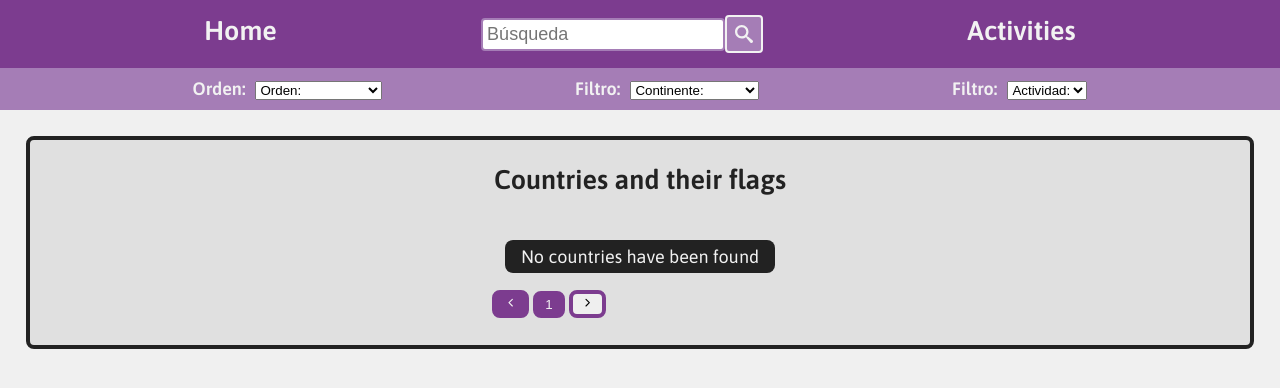
Repository: PCGP22/PI-Countries
Page: /countries/countries (app in cr-pi-countries-main/client/)
These files come from the project's save history. The page is drawn as it stood at one moment and after the next save; the edit follows.
The browser window is 1280 px wide. The pictures show the whole page.
The page's requests for data from a server got no answer. The project was rebuilt for these pictures with package versions that can differ from the ones it lists, and the page was loaded fresh each time. No one was signed in, and anything a server would have sent is missing. Also part of the build but not shown: cr-pi-countries-main/client/vite.config.js, cr-pi-countries-main/client/src/styles/LandingPage.modules.css, cr-pi-countries-main/client/src/components/LandingPage.jsx, cr-pi-countries-main/client/src/styles/Detail.modules.css, cr-pi-countries-main/client/src/components/Detail.jsx, cr-pi-countries-main/client/src/components/ActividadesPage.css, cr-pi-countries-main/client/src/components/ActivityPage.jsx.

Above is the page before, as saved 2023-08-07 22:21:58.

### cr-pi-countries-main/client/src/main.jsx
import React from 'react'
import ReactDOM from 'react-dom/client'
import App from './App.jsx'
import { BrowserRouter } from 'react-router-dom'
import { Provider } from 'react-redux'
import store from './redux/store.js'

ReactDOM.createRoot(document.getElementById('root')).render(
  <Provider store={store}>
    <BrowserRouter>
      <App />
    </BrowserRouter>
  </Provider>
)

### cr-pi-countries-main/client/src/App.jsx
import {Routes, Route, useNavigate } from "react-router-dom"
import LandingPage from "./components/LandingPage"
import WithNavBar from "./components/WithNavBar"
import Detail from "./components/Detail.jsx"
import ActivityPage from "./components/ActivityPage"
import HomePage from "./components/HomePage.jsx"
import { useEffect } from "react"
import "./styles/App.modules.css"

function App() {

  // const navigate = useNavigate()

  // useEffect(() => {
  //   navigate("/countries/")
  // }, [])



  return (
    <Routes>
      <Route path="/countries/" element={<LandingPage navBar={false}/>}/>
      <Route element={<WithNavBar/>}>
        <Route path="/countries/countries/" element={<HomePage/>}/>
        <Route path="/countries/countries/search" element={<HomePage/>}/>
        <Route path="/countries/countries/:idCountry" element={<Detail/>}/>
        <Route path="/countries/activities" element={<ActivityPage/>}/>
      </Route>
    </Routes>
  )
}

export default App

### cr-pi-countries-main/client/src/redux/store.js
import { createStore, applyMiddleware } from "redux";
import thunkMiddleware from 'redux-thunk'
import { composeWithDevTools } from 'redux-devtools-extension'
import { reducer } from "./reducer.js"

const composedEnhancer = composeWithDevTools(applyMiddleware(thunkMiddleware))

const store = createStore(reducer, composedEnhancer);
export default store;

### cr-pi-countries-main/client/src/components/WithNavBar.jsx
import { Outlet   } from 'react-router-dom'
import NavBar from './NavBar.jsx'

function WithNavBar() {

  return (
    <>
      <NavBar/>
      <Outlet/>
    </>
  )
}

export default WithNavBar

### cr-pi-countries-main/client/src/components/HomePage.jsx
import { useState, useEffect } from 'react'
import { addCountries, addActivities } from '../redux/actions'
import { connect } from "react-redux"
import { Link } from 'react-router-dom';
import Filter from './Filter.jsx'
import { FiChevronRight, FiChevronLeft } from "react-icons/fi";
import "../styles/HomePage.modules.css"

const sliceData = (data,page,maxPageData) => {
    return data.slice((page-1)*maxPageData,page*maxPageData)
}
const slicePage = (data,currentPage,maxPages) => {
  if(currentPage === 1){
    return data.slice(currentPage,currentPage+maxPages+2)
  }
  if(currentPage === 2){
    return data.slice(currentPage-1,currentPage+maxPages+1)
  }
  else if(currentPage <= 3){
    return data.slice(currentPage-2,currentPage+maxPages)
  }
    return data.slice(currentPage-3,currentPage+maxPages)


}

function HomePage(props) {
  const [reloadAux, setReloadAux] = useState(true)
  const [currentPage, setCurrentPage] = useState(1)

  useEffect(() => {
    props.addCountries()
    props.addActivities()
  }, [])

  const aux = () => {
    setReloadAux(!reloadAux)
    setCurrentPage(1)
  }
  let countries = props.countriesFiltered
  let max = Math.ceil(countries.length/10)
  let pages = []
  let x = 0

  while(x<max){
    x++
    pages.push(x)
  }

  let data = sliceData(countries,currentPage,10)
  let currentPages = slicePage(pages,currentPage,2)

  const handlePrevious = () => {
    if(currentPage>1){
      setCurrentPage(currentPage-1)
    }
  }
  const handleNext = () => {
    if(currentPage<max){
      setCurrentPage(currentPage+1)
    }
  }

  const handlePageChange = (e) => {
    setCurrentPage(Number(e.target.innerHTML))
  }

  return (
    <>
      <Filter aux={aux}/>
      {reloadAux? "":""}

      <main className='homePage__container'>
        <section className='homePage__board'>
          <h1 className='homePage__title big-text no-space'>Countries and their flags</h1>
          <div className='homePage__countries'>
            { data.map(c=>{
              return(
                <Link key={c.id} to={`/countries/countries/${c.id}`}  className='homePage__card'>
                  <figure key={c.id}>
                    <img src={c.image} className='homePage__cardImg'/>
                    <figcaption className='homePage__cardText'>{c.name}</figcaption>
                  </figure>
                </Link>
              )
            })}
          </div>
          <div className='homePage__navButtons no-space'>
            {data.length === 0 && <p className='homePage__errorMsg'>No countries have been found</p>}
            <button onClick={handlePrevious} className={currentPage === 1 ? "pagination__current--button pagButton" :'pagButton'}><FiChevronLeft className="symbolSearch"/></button>
            {currentPage && <button onClick={()=>setCurrentPage(1)} className={currentPage === 1 ? 'pagination__current--button pagButton' :'pagButton'}>1</button>}
            {(currentPage >4 && pages.length>13) && <span>...</span>}
            {currentPages.filter(p=>p>0 && p<=max).map(p=>{
              return(
                <button onClick={handlePageChange} className={currentPage === p ? "pagination__current--button pagButton": "pagButton"} key={p}>{p}</button>
                )
              }
              )}
            {(currentPage + 4) < max && <>
              <span>...</span>
              <button onClick={()=>setCurrentPage(max)} className='pagButton'>{max}</button>
              </>
            }
            <button onClick={handleNext} className={currentPage === max ? "pagination__current--button pagButton":'pagButton'}><FiChevronRight className="symbolSearch"/></button>
          </div>
        </section>
      </main>
    </>
  )
}

const mapStateToProps = (state) => {
  return {
    countriesFiltered: state.countriesFiltered,
  }
}

const mapDispatchToProps = (dispatch) => {
  return{
    addCountries: ()=>{dispatch(addCountries())},
    addActivities: ()=>{dispatch(addActivities())},
  }
}

export default connect(mapStateToProps,mapDispatchToProps)(HomePage)

### cr-pi-countries-main/client/src/styles/App.modules.css
@import url('https://fonts.googleapis.com/css2?family=Asap:wght@400;600;800&display=swap');

:root{
    --black: #222;
    --dark-purple: #7c3c8f;
    --purple: #a57db6;
    --dark-grey: #e0e0e0;
    --white: #f2f2f2;
    --light-grey: #f0f0f0;

    font-family: 'Asap', sans-serif;
    font-size: 18px;
    color: var(--black);
    background-color: var(--light-grey);


}
a{
    text-decoration: none;
    font-family: inherit;
    color: inherit;
    text-align: center;
}

a.button{
    color: var(--black);
    background-color: var(--light-grey);
    display: inline-block;
    width: fit-content;
}

body{
    padding:0;
    margin: 0;
}

.title-text{
    font-weight: 800;
    font-size: 4em;
}

.big-text{
    font-weight: 600;
    font-size: 1.5em;
}

.normal-text{
    font-weight: 400;
}

.white-text{
    color: var(--white);
}
.button{
    background-color: var(--light-grey);
}

.dark-purple{
    background: var(--dark-purple);
}

.purple{
    background: var(--purple);
}

.soft-grey{
    background-color: var(--light-grey);
}

.dark-grey{
    background-color: var(--dark-grey);
}

.no-space{
    margin: 0;
    padding: 0;
}

### cr-pi-countries-main/client/src/redux/reducer.js
import { ADD_COUNTRIES, ID_SEARCH, NAME_SEARCH, FILTER, ACTIVITY_CREATE, ORDER, ADD_ACTIVITIES } from "./actions.js"

const initialState = {
    allCountries: [],
    countriesFiltered: [],
    allActivities: [],
    currentCountry: [],
}

export const reducer = (state=initialState,action) =>{
    switch(action.type){
        case ADD_COUNTRIES:
            return{
                ...state,
                allCountries: action.payload,
                countriesFiltered: action.payload,
            }
        case ADD_ACTIVITIES:
            return{
                ...state,
                allActivities: action.payload
            }
        case ID_SEARCH:
            return{
                ...state,
                currentCountry: action.payload
            }
        case NAME_SEARCH:
            if(action.payload === "error"){return{...state,countriesFiltered:[]}}
            return{
                ...state,
                countriesFiltered: state.allCountries.filter(c=> action.payload.find(f=>f.name === c.name))
            }
        case FILTER:
            if(action.payload[1] === "all"){
                return{
                    ...state,
                    countriesFiltered: state.allCountries
                }
            }
            if(action.payload[0] === "continents"){
                return{
                    ...state,
                    countriesFiltered: state.allCountries.filter(c=>c.continent === action.payload[1]),
                }
            }
            else if( action.payload[0] === "activities"){
                console.log(action.payload)
                let temp = state.allActivities.filter(a=>a.name === action.payload[1])
                let toSearch = temp[0].countryId
                return{
                    ...state,
                    countriesFiltered: state.allCountries.filter(c => toSearch.includes(c.id) ),
                }
            }
        case ORDER:
            console.log(action.payload)
            if(action.payload[0]==="alphabet"){
                if(action.payload[1]==="A"){
                    console.log(state.countriesFiltered)
                    return{
                        ...state,
                        countriesFiltered: state.countriesFiltered.sort((a, b) => {
                            if (a.name < b.name) {
                              return -1;
                            }
                            if (a.name > b.name) {
                              return 1;
                            }
                            return 0;
                          })

                    }
                }
                else if(action.payload[1]==="D"){
                    return{
                        ...state,
                        countriesFiltered: state.countriesFiltered.sort((a, b) => {
                            if (a.name > b.name) {
                              return -1;
                            }
                            if (a.name < b.name) {
                              return 1;
                            }
                            return 0;
                          })
                    }
                }
            }
            else if(action.payload[0]==="population"){
                if(action.payload[1]==="A"){
                    return{
                        ...state,
                        countriesFiltered: state.countriesFiltered.sort((a,b)=> {
                            if (a.population < b.population) {
                              return -1;
                            }
                            if (a.population > b.population) {
                              return 1;
                            }
                            return 0;
                          })
                    }
                }
                else if(action.payload[1]==="D"){
                    return{
                        ...state,
                        countriesFiltered: state.countriesFiltered.sort((a, b) => {
                            if (a.population > b.population) {
                              return -1;
                            }
                            if (a.population < b.population) {
                              return 1;
                            }
                            return 0;
                          })
                    }
                }
            }
        case ACTIVITY_CREATE:
            return{
                ...state,
            }

        default: return state;
    }
}

### cr-pi-countries-main/client/src/components/NavBar.jsx
import { Link } from 'react-router-dom'
import SearchBar from './SearchBar'
import { useLocation } from 'react-router-dom'
import "../styles/NavBar.modules.css"

function NavBar() {

  const location = useLocation();
  return (
      <div className='navBar__Container dark-purple white-text'>
        <Link to="/countries/countries/" className={location.pathname.toString() === "/countries/countries/"? 'navBar__link link_active big-text': 'navBar__link big-text'}>Home</Link>
        <SearchBar/>
        <Link to="/countries/activities/" className={location.pathname.toString() === "/countries/activities/"? 'navBar__link link_active big-text': 'navBar__link big-text'}>Activities</Link>
      </div>
  )
}

export default NavBar

### cr-pi-countries-main/client/src/redux/actions.js
export const ADD_COUNTRIES = "ADD_COUNTRIES"
export const ID_SEARCH = "ID_SEARCH"
export const NAME_SEARCH = "NAME_SEARCH"
export const FILTER = "FILTER"
export const ORDER = "ORDER"
export const ACTIVITY_CREATE = "ACTIVITY_CREATE"
export const ADD_ACTIVITIES = "ADD_ACTIVITIES"
import axios from "axios"

export const addCountries = () => {
    const endpoint = 'http://localhost:5000/countries/'
    return async (dispatch) => {
        try{
            const {data} = await axios.get(endpoint);
            return dispatch({
                type: ADD_COUNTRIES,
                payload: data
            })
        }
        catch(error){
            console.log(error.message)
        }
}}

export const addActivities = () => {
    const endpoint = 'http://localhost:5000/countries/activities'
    return async (dispatch) =>{
        try{
            const {data} = await axios.get(endpoint);
            return dispatch({
                type: ADD_ACTIVITIES,
                payload: data
            })
        }
        catch(error){
            console.log(error.message)
        }
    }
}

export const idSearch = (idCountry) => {
    const endpoint = `http://localhost:5000/countries/countries/${idCountry}`
    return async (dispatch) => {
    try{
        const {data} = await axios(endpoint)
        if(typeof data === "error"){console.log("error")}
        return dispatch({
            type: ID_SEARCH,
            payload: data[0]
        })
    }
    catch(error){
        console.log(error)
    }
}
}

export const nameSearch = (name) => {
    const endpoint = `http://localhost:5000/countries/countries/search?name=${name}`
    return async (dispatch) => {
        try{
            const {data} = await axios(endpoint)
            return dispatch({
                type: NAME_SEARCH,
                payload: data
            })
        }
        catch(error){
            console.log(error.message)
            return dispatch({
                type: NAME_SEARCH,
                payload: "error"
            })
        }
    }
}

export const filter = (filterdata) => {return {
    type: FILTER,
    payload: filterdata
}}

export const order = (orderdata) => {return{
    type: ORDER,
    payload: orderdata
}}

export const activityCreate = (activity) => {
    const endpoint = 'http://localhost:5000/countries/activities/'
    return async (dispatch) => {
        try{
            const {data} = await axios.post(endpoint,activity);
            return dispatch({
                type: ACTIVITY_CREATE,
                payload: data
            })
        }
        catch(error){
            console.log(error.message)
        }
    }
}

### cr-pi-countries-main/client/src/styles/ActivityPage.modules.css
.activityPage__container{
    padding:2%;
    display:grid;
    gap:15px;
    grid-template-areas: "aside main main";
}
.activityPage__aside{
    grid-area: aside;
    display: flex;
    flex-direction: column;
    align-items: center;
    flex-wrap: wrap;
}

.activityPage__form{
    border: 6px var(--black) solid;
    border-radius: 16px;
    background-color: var(--dark-grey);
    padding: 2%;
}

.activityPage__countryBox{
    border: 4px var(--black) solid;
    border-radius: 8px;
    padding:8px;
    display:flex;
    flex-wrap: wrap;
    flex-direction: column;
    gap: 6px;
    margin-top: 6px;
}
.activityPage__countryList{
    display: flex;
    justify-content: space-between;
}

.activityPage__formSection{
    border:none;
    padding-left:0;
}
.activityPage__numInput{
    width: 200px;
}

.activityPage__closeButton{
    border: 2px var(--black) solid;
    background-color: red;
    color:var(--white);
    padding: 2px 6px;
    border-radius: 6px;
    display: grid;
    place-content: center;
}

.activityPage__formButtons{
    display: flex;
    justify-content: space-evenly;
}

.activityPage__button{
    padding:4px 12px;
    border: 2px var(--black) solid;
    border-radius: 8px;
    font-size: 1em;
}
.activityPage__button{
    cursor:pointer;
}

.submitButton{
    background-color: var(--purple);
}
.submitButton:hover{
    background-color: var(--dark-purple);
    color:var(--white);
}
.submitButton:active{
    background-color: var(--black);
}

.activityPage__main{
    grid-area: main;
    width: 100%;
    display: flex;
    flex-direction: column;
    align-items: center;
}

.activityBox{
    border: 4px var(--black) solid;
    border-radius: 8px;
    background-color: white;
    overflow: hidden;
    padding: 8px;
}

.activityContainer{
    width: 100%;
    display: grid;
    grid-template-columns: repeat(auto-fill, minmax(200px,1fr));
    gap:10px;
}

@media(max-width: 41em){
    select > option, select{
        width: 250px;
    }
    .activityPage__container{
        font-size: 0.8em;
        grid-template-areas: "aside" "main";
    }
}

### cr-pi-countries-main/client/src/components/Filter.jsx
import React, { useState } from 'react'
import { connect } from "react-redux"
import { filter, order } from '../redux/actions'
import "../styles/Filter.modules.css"

function Filter(props) {
    const activities = props.allActivities
    const handleOrder = (e) => {
        const [category,filter] = e.target.value.split(",")
        if(typeof filter === "string"){
            props.aux()
            props.order([category,filter])
        }
    }
    const handleFilterContinents = (e) => {
        if(e.target.value !== "ignore"){
            props.aux()
            props.filter(["continents",e.target.value])
        }
    }

    const handleFilterActivities = (e) => {
        if(e.target.value !== "ignore"){
            props.aux()
            props.filter(["activities",e.target.value])
        }
    }
  return (
    <section className='filters__container purple white-text'>
        <div className="filters__group">
            <label htmlFor='orden' className='label'>Orden:</label>
            <select onChange={handleOrder} name='orden'>
                <option defaultValue={true}>Orden:</option>
                <optgroup label='Alfabético'>
                    <option value={["alphabet","A"]}>{"A - Z"}</option>
                    <option value={["alphabet","D"]}>{"Z - A"}</option>
                </optgroup>
                <optgroup label='Población'>
                    <option value={["population","D"]}>Mayor a Menor</option>
                    <option value={["population","A"]}>Menor a Mayor</option>
                </optgroup>
            </select>
        </div>
        <div className="filters__group">
            <label htmlFor='filterContinent' className='label'>Filtro:</label>
            <select onChange={handleFilterContinents} name='filterContinent'>
                <option defaultValue={true} value="ignore">Continente:</option>
                <option value={"all"}>Todos</option>
                <option value="Africa">África</option>
                <option value="North America">América del Norte</option>
                <option value="South America">América del Sur</option>
                <option value="Antarctica">Antártida</option>
                <option value="Asia">Asia</option>
                <option value="Europe">Europa</option>
                <option value="Oceania">Oceanía</option>
            </select>
        </div>
        <div className="filters__group">
            <label htmlFor='filterActivity' className='label'>Filtro:</label>
            <select onChange={handleFilterActivities} name='filterActivity'>
                <option defaultValue={true} value= "ignore">Actividad:</option>
                <option value={"all"}>Todos</option>
                {activities && activities.map(a => {
                    return(
                        <option key={a.id} value={a.name}>
                            {a.name}
                        </option>
                    )
                })}
            </select>
        </div>
    </section>
  )
}
const mapDispatchToProps = (dispatch) => {
    return{
      filter: (filterCategory)=>{dispatch(filter(filterCategory))},
      order: (orderCategorry)=>{dispatch(order(orderCategorry))}
    }
  }

const mapStateToProps = (state) => {
    return{
        allActivities: state.allActivities
    }
}

export default connect(mapStateToProps,mapDispatchToProps)(Filter)

### cr-pi-countries-main/client/src/styles/HomePage.modules.css
.homePage__container{
    padding: 2%;
}

.homePage__board{
    background: var(--dark-grey);
    border: 4px var(--black) solid;
    border-radius: 8px;
    display: flex;
    flex-direction: column;
    align-items: center;
    gap:15px;
    padding: 2%;
}

.homePage__countries{
    width: 100%;
    display:grid;
    grid-template-columns: repeat(auto-fill, minmax(200px,1fr));
    gap:10px;
}

.homePage__card{
    background-color: var(--white);
    border-radius: 10px;
}
.homePage__card:hover{
    background-color: var(--purple)
}

.homePage__cardImg{
    width: 100%;
}

.homePage__cardText{
    font-family: inherit;
    font-weight: 600;
}

.homePage__errorMsg{
    background-color:var(--black);
    color: var(--white);
    padding: 6px 16px;
    border-radius: 8px;
    margin: 15px;
}

.pagButton{
    padding: 2px 8px;
    border: 4px var(--dark-purple) solid;
    margin: 2px;
    border-radius: 8px;
    cursor: pointer;
}

.pagButton:not(.pagination__current--button):hover{
    background-color: var(--purple);
    color:var(--white);
}

.pagination__current--button, .pagButton:active{
    cursor: initial;
    background-color: var(--dark-purple);
    color:var(--white);
}

@media (max-width: 32em){
    .pagButton{
        padding:1px 5px;
    }
}

### cr-pi-countries-main/client/src/components/SearchBar.jsx
import React, { useEffect, useState } from 'react'
import { connect } from 'react-redux'
import { ImSearch } from "react-icons/im";
import { nameSearch } from '../redux/actions';
import { Link } from 'react-router-dom';
import "../styles/SearchBar.modules.css"


function SearchBar(props) {

  const [name, setName] = useState()

  const handleChange = (e) => {
    setName(e.target.value)
  }

  let aux = ""
  const handleClick = async() => {
     aux = await props.nameSearch(name.toString().trim())
     setName("")
  }

  const handleKeyDown = async(e) => {
    if(e.keyCode === 13) { //Detect enter
      aux = await props.nameSearch(name.toString().trim())
      setName("")
    }
  }

  return (
    <div className='searchBar__container normal-text'>
        <input type='text' placeholder='Búsqueda' onChange={handleChange} onKeyDown={handleKeyDown} className='searchBar__input' value={name}/>
        <Link to={`/countries/countries/search?name=${name}`} className='searchBar__button'>
          <ImSearch onClick={handleClick}/>
        </Link>
    </div>
  )
}

const mapDispatchToProps = (dispatch) => {
  return{
    nameSearch: (name) => {dispatch(nameSearch(name))}
  }
}

export default connect(null,mapDispatchToProps)(SearchBar)

### cr-pi-countries-main/client/src/styles/NavBar.modules.css
.navBar__Container{
    padding: 15px 0;
    display: flex;
    justify-content: space-evenly;
}

.link_active{
    text-decoration: underline;
    text-decoration-thickness: 4px;
    text-underline-offset: 8px;
}

@media(max-width: 33em) {
    .navBar__Container>a{
        font-size: 1.2em;
    }
}

### cr-pi-countries-main/client/src/styles/Filter.modules.css
.filters__container{
    padding: 10px 0;
    display: flex;
    justify-content: space-evenly;
    flex-wrap: wrap;
    font-weight: 600;
}

.label{
    padding-right: 10px;
}
select:hover{
    background-color: var(--purple);
    color: var(--white);
}

@media (max-width:25em){
    .label{
        display: none;
    }
}

### cr-pi-countries-main/client/src/styles/SearchBar.modules.css
.searchBar__container{
    display: flex;
    align-items: center;
}

.searchBar__input{
    font-size: 1em;
    border:2px var(--purple) solid;
    border-radius: 4px;
    padding: 4px;
}

.searchBar__button{
    background-color: var(--purple);
    font-size: 1em;
    display: grid;
    place-items: center;
    padding: 8px;
    border-radius: 4px;
    border: 2px var(--white) solid;
}

.searchBar__button:hover{
    background-color:var(--dark-purple);
}

.searchBar__button:active{
    background-color:var(--black);
}

@media(max-width: 33em) {
    .searchBar__input{
        width: 100px;
    }
}

Loaded but not shown: cr-pi-countries-main/client/index.html (common file)

After the next save:
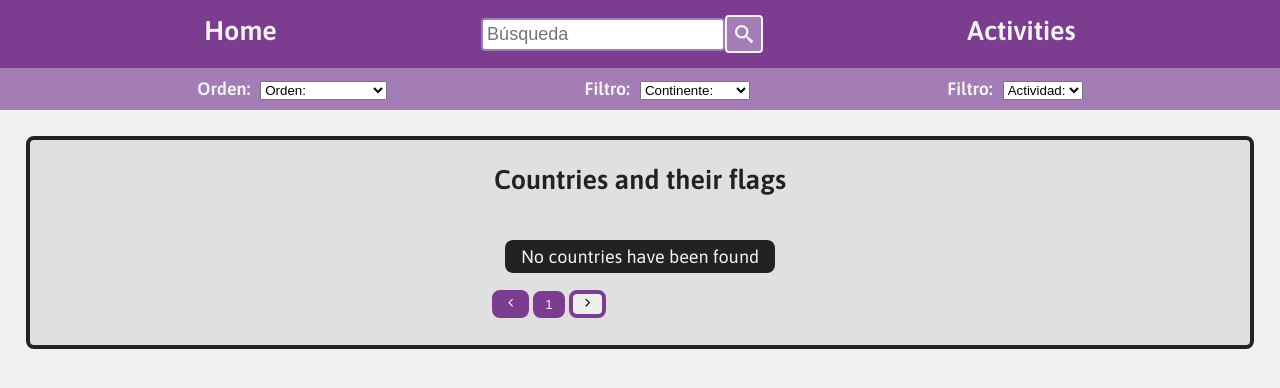
Saved 2 min 14 s later.
--- a/cr-pi-countries-main/client/src/components/Filter.jsx
+++ b/cr-pi-countries-main/client/src/components/Filter.jsx
@@ -45,21 +45,21 @@ function Filter(props) {
             <label htmlFor='filterContinent' className='label'>Filtro:</label>
             <select onChange={handleFilterContinents} name='filterContinent'>
                 <option defaultValue={true} value="ignore">Continente:</option>
-                <option value={"all"}>Todos</option>
-                <option value="Africa">África</option>
-                <option value="North America">América del Norte</option>
-                <option value="South America">América del Sur</option>
-                <option value="Antarctica">Antártida</option>
+                <option value={"all"}>All</option>
+                <option value="Africa">Africa</option>
+                <option value="North America">North America</option>
+                <option value="South America">South America</option>
+                <option value="Antarctica">Antarctica</option>
                 <option value="Asia">Asia</option>
-                <option value="Europe">Europa</option>
-                <option value="Oceania">Oceanía</option>
+                <option value="Europe">Europe</option>
+                <option value="Oceania">Oceania</option>
             </select>
         </div>
         <div className="filters__group">
             <label htmlFor='filterActivity' className='label'>Filtro:</label>
             <select onChange={handleFilterActivities} name='filterActivity'>
                 <option defaultValue={true} value= "ignore">Actividad:</option>
-                <option value={"all"}>Todos</option>
+                <option value={"all"}>All</option>
                 {activities && activities.map(a => {
                     return(
                         <option key={a.id} value={a.name}>
